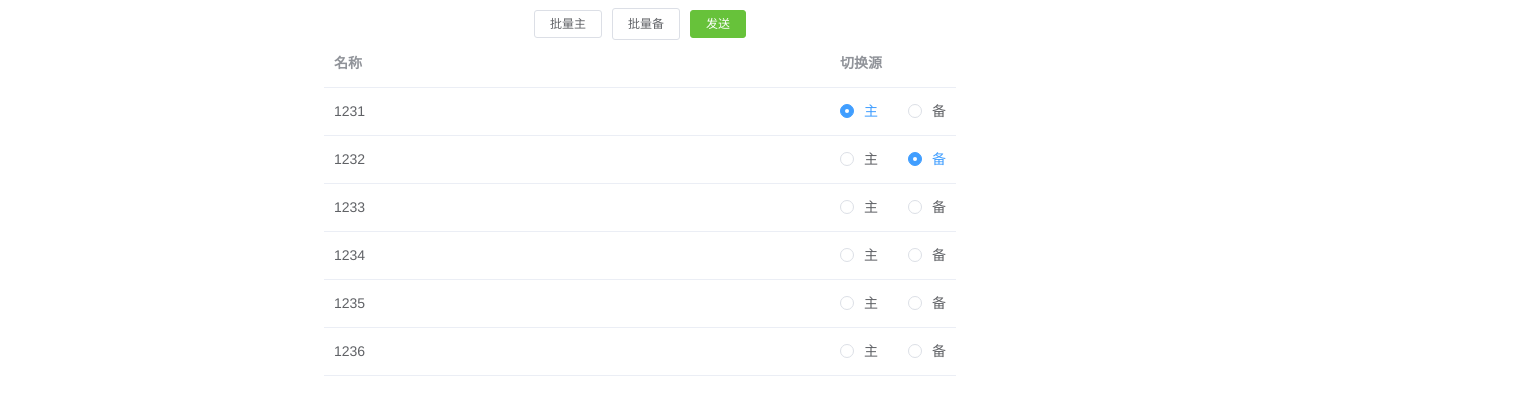
Repository: faintout/BHMQTTSendTool
Page: /
The author's editor kept a copy of each file at every save. The page is drawn from the files as they stood at one save, then again after a run of saves.
The browser window is 1280 px wide. The page is 1280 px wide, then 1525 px, so the pictures cover 1525 px, including what lies to the right of the window. The pictures show the whole page.
The project was rebuilt for these pictures with package versions that can differ from the ones it lists, and the page was loaded fresh each time. Also part of the build but not shown: vue.config.js. Imported but missing from the stored project, and not drawn on this page: src/views/About.vue.

Above is the page before, as saved 2020-08-26 14:07:09.

### public/index.html
<!DOCTYPE html>
<html lang="en">
  <head>
    <meta charset="utf-8">
    <meta http-equiv="X-UA-Compatible" content="IE=edge">
    <meta name="viewport" content="width=device-width,initial-scale=1.0">
    <link rel="stylesheet" href="">
    <title></title>
  </head>
  <body>
    <div id="app">

    </div>
    <!-- built files will be auto injected -->
  </body>
</html>

### src/main.js
import Vue from 'vue'
import App from './App.vue'
import router from './router'
import $ from 'jquery'
import ElementUi from 'element-ui'
import 'element-ui/lib/theme-chalk/index.css'
import 'element-ui/lib/theme-chalk/reset.css'

Vue.config.productionTip = false
Vue.use(ElementUi)
new Vue({
  router,
  render: h => h(App)
}).$mount('#app')

### src/views/Home.vue
<template>
  <div class="content">
      <title></title>
          <!-- 按钮模块 -->
    <div style="width: 50%;position: relative;left: calc(50% - 25%);">
       <el-button size="mini">批量主</el-button>
       <el-button size="small">批量备</el-button>
       <el-button type="success" size="mini">发送</el-button>
    </div>
      <el-table
      v-loading="tableLoading"
      :data="tableData"
       style="width: 50%;position: relative;left: calc(50% - 25%);">
      >
      <el-table-column
          prop="name"
          min-width="4"
        label="名称"
      >
      </el-table-column>
    <el-table-column
        label="切换源"
        min-width="1"

        >
        <template slot-scope="scope">
        <el-radio-group v-model="scope.row.enable">
            <el-radio :label="0" @click.native.prevent="changeItem('1')" >主</el-radio>
            <el-radio :label="1"
            @click.native="changItemRadio(scope.row.enable)"
            >备</el-radio>
     </el-radio-group>
        </template>
      </el-table-column>

      </el-table>

      <el-backtop target=".page-component__scroll .el-scrollbar__wrap"></el-backtop>
  </div>

</template>

<script>

export default {
  components:{},
  data(){
    return {
        //表格框加载
        tableLoading:false,
        tableData:[
            {
                id:1,
                name:'1231',
                enable:0,
                data:'333'
            },
            {
                id:2,
                name:'1232',
                enable:1,
                data:'333'
            },
            {
                id:3,
                name:'1233',
                enable:'1',
                data:'333'
            },
            {
                id:4,
                name:'1234',
                enable:'1',
                data:'333'
            },
            {
                id:5,
                name:'1235',
                enable:'1',
                data:'333'
            },
            {
                id:6,
                name:'1236',
                enable:'1',
                data:'333'
            }
        ]
    }
  },
  watch:{},
  computed:{

  },
  methods:{
      changeItem(item){
          console.log('item',item);
      },
      changItemRadio(item){
          console.log('itemzhixng ');
      },
      //获取所有数据
      getAllMqttData(){

      },
      //数据处理
      dataProcessing(){

      }

  },
  mounted(){
      console.log(this.tableData);
  },
  created(){},
}
</script>
<style lang="less" scoped>
</style>

Loaded but not shown: src/App.vue (common file); src/router/index.js (common file)

After the next 2 saves:
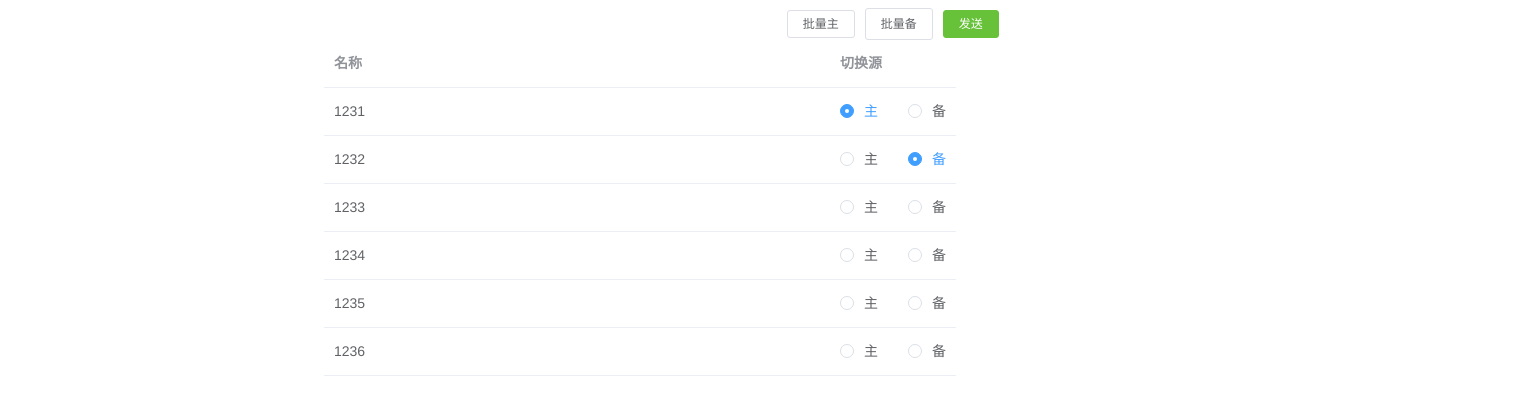
The 2 saves are shown as one change because they came seconds apart.
The last was saved 73 s later.
--- a/src/views/Home.vue
+++ b/src/views/Home.vue
@@ -2,7 +2,7 @@
   <div class="content">
       <title></title>
           <!-- 按钮模块 -->
-    <div style="width: 50%;position: relative;left: calc(50% - 25%);">
+    <div style="position: relative;left: calc(50% - 30%);">
        <el-button size="mini">批量主</el-button>
        <el-button size="small">批量备</el-button>
        <el-button type="success" size="mini">发送</el-button>
